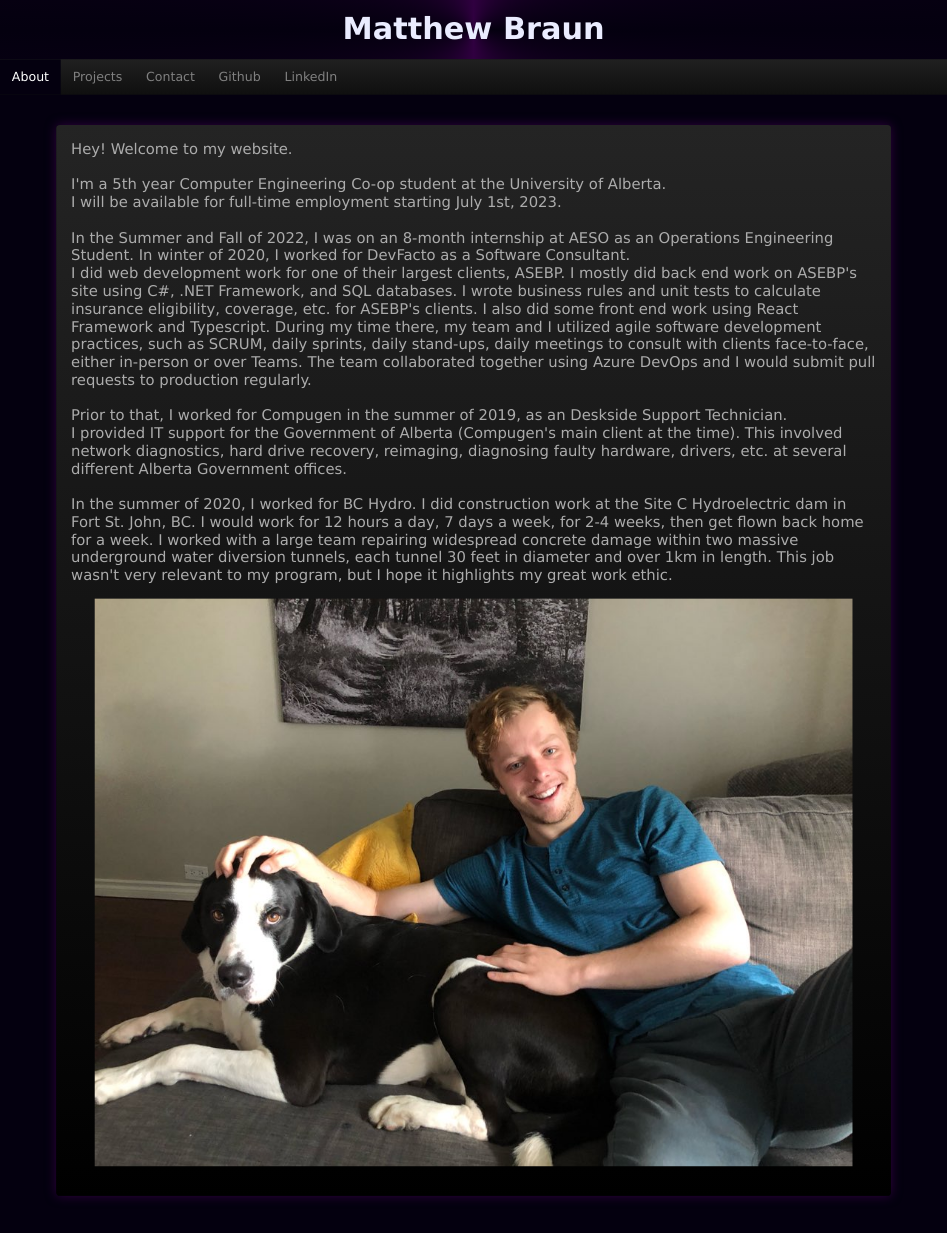
Repository: mjbraun95/MyPersonalWebsite
Page: http://localhost/
The author's editor kept a copy of each file at every save. The page is drawn from the files as they stood at one save, then again after the next save.
The browser window is 1280 px wide. The pictures show the whole page, at 74% of full size.
The page is run by PHP 8.4 with error messages shown; the project is at /var/www/html/.

Above is the page before, as saved 2023-06-24 15:59:51.

### html/index.php
<?php $title = 'About'; ?>
<?php $currentPage = 'About'; ?>

<?php include('head.php'); ?>
<div class="nav-wrapper">
    <?php include('navbar.php'); ?>
</div>
<meta name="viewport" content="width=device-width, initial-scale=1.0">

<style>
    .responsive {
        max-width: 100%;
        height: auto;
        object-fit: scale-down;
        margin: auto;
    }
</style>

<div class="content">
    <p class="fullBox">
        Hey! Welcome to my website. <br><br>

        I'm a 5th year Computer Engineering Co-op student at the University of Alberta. <br>
        I will be available for full-time employment starting July 1st, 2023. <br><br>

        In the Summer and Fall of 2022, I was on an 8-month internship at AESO as an Operations Engineering Student.

        <!-- Last summer, I worked as a developer for a concrete & asphalt repair business. <br>
        I developed and hosted a website for the company as well as created SQL databases to manage their assets, clients, and contracts. I also wrote some Python programs to parse this data and found ways to save costs and increase the company's profits. <br><br> -->

        In winter of 2020, I worked for DevFacto as a Software Consultant.<br>
        I did web development work for one of their largest clients, ASEBP. I mostly did back end work on ASEBP's site using C#, .NET Framework, and SQL databases. I wrote business rules and unit tests to calculate insurance eligibility, coverage, etc. for ASEBP's clients. I also did some front end work using React Framework and Typescript. During my time there, my team and I utilized agile software development practices, such as SCRUM, daily sprints, daily stand-ups, daily meetings to consult with clients face-to-face, either in-person or over Teams. The team collaborated together using Azure DevOps and I would submit pull requests to production regularly. <br><br>

        Prior to that, I worked for Compugen in the summer of 2019, as an Deskside Support Technician. <br>
        I provided IT support for the Government of Alberta (Compugen's main client at the time). This involved network diagnostics, hard drive recovery, reimaging, diagnosing faulty hardware, drivers, etc. at several different Alberta Government offices. <br><br>

        In the summer of 2020, I worked for BC Hydro. I did construction work at the Site C Hydroelectric dam in Fort St. John, BC. I would work for 12 hours a day, 7 days a week, for 2-4 weeks, then get flown back home for a week. I worked with a large team repairing widespread concrete damage within two massive underground water diversion tunnels, each tunnel 30 feet in diameter and over 1km in length. This job wasn't very relevant to my program, but I hope it highlights my great work ethic.

    </p>
    <div class="fullBox">
        <img src="images/Doggo.png" class="responsive">
    </div>
</div>
</body>
</html>

### html/head.php
<!DOCTYPE html>
<html>
    <meta name="viewport" content="width=device-width, initial-scaled=1.0">
    <meta name="theme-color" content="#a01040">
    <head>
        <title><?php echo($title); ?></title>
        <link rel="stylesheet" href="index.css">
        <div class="header">
            <h1 class="header">Matthew Braun</h1>
        </div>
</header>

### html/navbar.php
<header>
    <div id="navbar">
        <a href="index.php" <?php if ($currentPage === 'About') {echo 'class="active"';} ?>>About</a></li>
        <a href="projects.php" <?php if ($currentPage === 'Projects') {echo 'class="active"';} ?>>Projects</a></li>
        <!-- <a href="pdfs/resume.pdf" target="_blank" <?php if ($currentPage === 'Resume') {echo 'class="active"';} ?>>Resume</a></li> -->
        <a href="contact.php" <?php if ($currentPage === 'Contact') {echo 'class="active"';} ?>>Contact</a></li>
        <a href="https://github.com/mjbraun95/" target="_blank" <?php if ($currentPage === 'Github') {echo 'class="active"';} ?>>Github</a></li>
        <a href="https://www.linkedin.com/in/matthewbraun4/" target="_blank" <?php if ($currentPage === 'LinkedIn') {echo 'class="active"';} ?>>LinkedIn</a></li>
    </div>
    <script src="navbar.js"></script>
</header>
<body>
    <!-- <div class="titlehead"><h2><?php echo($title); ?></h2></div> -->

### html/index.css
/* @media screen and (min-width: 1920px) {
    p {
        font-size: 20px;
    }
    a {
        font-size: 20px;
    }
} */
a {
    font-size: 20px;
}
/* navbar height 49px */
@media screen and (min-width: 574px) {
    div.nav-wrapper {
        height: 89px;
    }
}
@media screen and (min-width: 292px) and (max-width: 573px) {
    div.nav-wrapper {
        height: 138px;
    }
}
@media screen and (max-width: 291px) {
    div.nav-wrapper {
        height: 187px;
    }
}


body {
    margin: 0;
    font-family: Verdana,Geneva,sans-serif;
    vertical-align: center;
    background: rgb(4, 0, 15);
    padding-bottom: 50px;
}

.video-size
{
  width: 100%;
  height: 400px;
}

img {
    display: block;
    width: 60%;
    margin-left: auto;
    margin-right: auto;
}

.leftBox{
    margin-right: 20px;
    grid-column-start: 1;
    grid-column-end: 2;
    grid-row-start: 1;
    grid-row-end: 2;
}

.rightBox{
    grid-column-start: 2;
    grid-column-end: 3;
    grid-row-start: 1;
    grid-row-end: 2;
}

.vid{
    max-width: 100%;
    height: auto;
    object-fit: scale-down;
    /* object-fit: contain;
    margin: auto; */
}

.responsiveVid {
    max-width: 70%;
    height: auto;
    object-fit: scale-down;
}

.responsiveIcon {
    max-width: 1.5vw !important;
    height: auto !important;
    object-fit: scale-down;
    float: left;
    font-size: 36px;
    padding-right: 8px;
}

.header {
    color: rgb(234, 236, 255);
    text-align: center;
}

h1.header {
    margin:auto;
    font-size:41px;
}

h3.header{
    /*align-self:start;*/
    width:85%;
    height:auto;
    font-size: 35px;
    /* font-size: 2.5vw; */
    margin: auto;
    /* grid-row:auto; */
    align-content:center;
    text-align:center;
    padding-top: 80px;
    /* font-size: 50px; */
}

div.header{
    /* background:url(
        data:[embedded picture, 326 characters]
    ) repeat; */
    padding: 15px;
    height: 50px;
    background-image: conic-gradient(#300040,rgb(4, 0, 15),#300040,rgb(4, 0, 15),#300040);
 }


/* navbar links */
#navbar {
    overflow: hidden;
    background-image: linear-gradient(rgb(32, 32, 32),rgb(15, 15, 15));
}

#navbar a {
    float: left;
    display: block;
    color: grey;
    text-align: center;
    padding: 14px 16px;
    text-decoration: none;
    font-size: 17px;

    -o-transition: .5s;
    -ms-transition: .5s;
    -moz-transition: .5s;
    -webkit-transition: .5s;

    transition: .5s;
}

#navbar a:hover {
    background-color: rgb(4, 0, 15);
    color: white;
}

#navbar a.active {
    background-color: rgb(4, 0, 15);
    color: white;
}

/* page content */
div.content {
    padding: 20px;
    width: 85%;
    /* background-color: rgb(44, 44, 44); */
    background-image: linear-gradient(rgb(36, 36, 36),rgb(0, 0, 0));
    align-content: center;
    margin: auto;
    border-radius: 5px;
    box-shadow: 0px 0px 15px #300040
}

div.content1 {
    max-width: 1000px;
    padding: 20px;
    /* font-size: 2vw; */
    width: 80%;
    background-image: linear-gradient(to left,rgb(36, 36, 36),rgb(0, 0, 0));
    border: 3px 3px 12px;
    align-content: center;
    margin: auto;
    border-radius: 5px;
    box-shadow: 2px 2px 10px #300040;
    display: grid;
    grid-template-columns: 60% 40%;
    grid-template-rows: 100%;
    height: auto;
}
div.content1a {
    max-width: 1000px;
    padding: 20px;
    /* font-size: 2vw; */
    width: 80%;
    background-image: linear-gradient(to left,rgb(36, 36, 36),rgb(0, 0, 0));
    border: 3px 3px 12px;
    align-content: center;
    margin: auto;
    border-radius: 5px;
    box-shadow: 2px 2px 10px #300040;
    display: grid;
    grid-template-columns: 75% 25%;
    grid-template-rows: 100%;
    height: auto;
}
div.content2 {
    max-width: 1000px;
    padding: 20px;
    /* font-size: 2vw; */
    width: 80%;
    background-image: linear-gradient(to right,rgb(36, 36, 36),rgb(0, 0, 0));
    border: 3px 3px 12px;
    align-content: center;
    margin: auto;
    border-radius: 5px;
    box-shadow: 2px 2px 10px #300040;
    display: grid;
    grid-template-columns: 40% 60%;
    grid-template-rows: 100%;
    height: auto;
}

/* @media screen and (min-width: 220px) {
    .content2 {
    font-size: 12px;
} */

.half {
    left: 0%;
}

.sticky {
    position: fixed;
    top: 0;
    width: 100%;
}

.sticky + .content + body {
    padding-top: 60px;
}

.titlehead {
    padding: 16px;
    margin: auto;
    width: 90%;
    max-width: 1000px;
}


p {
    color:  rgb(172, 172, 172);
    /* padding: 10px; */
    font-size: 20px;
    width: 95%;
    align-content: center;
    margin: auto;
}


.rotate {
    -ms-transform: rotate(90deg); /* IE 9 */
    -webkit-transform: rotate(90deg); /* Chrome, Safari, Opera */
    transform: rotate(90deg);
    margin-top: 88px;
}

/* Three image containers (use 25% for four, and 50% for two, etc) */
.column {
    float: left;
    width: 50%;
    padding: 5px;
}

  /* Clear floats after image containers */
.row::after {
    content: "";
    clear: both;
    display: table;
}

/* Split the screen in half */
.split {
    height: 100%;
    width: 100%;
    position: fixed;
    z-index: 1;
    top: 0;
    overflow-x: hidden;
    padding-top: 20px;
}

/* Control the left side */
.left {
    left: 0;
}

  /* Control the right side */
.right {
    right: 0;
}

  /* If you want the content centered horizontally and vertically */
.centered {
    position: relative;
    top: 50%;
    left: 50%;
    transform: translate(-50%, -50%);
    text-align: center;
}

.fullBox{
    padding-bottom: 20px;
    width:100%;
    height:auto;
    margin: 0 auto;
    /* grid-row:auto; */
    align-content:center;
    /* float:left; */
}

.responsive {
    max-width: 100%;
    height: auto;
    object-fit: scale-down;
    margin: auto;
    max-height: 100%;
    width: auto;
}

### html/navbar.js
// ### Sticky code ###

// Execute myFunction whenever page is scrolled
window.onscroll = function() {myFunction()};

// get nav
var navbar = document.getElementById("navbar");

// get offset position
var sticky = navbar.offsetTop;

// add sticky class whenever you reach the bar scroll position

function myFunction() {
    if (window.pageYOffset >= sticky) {
        navbar.classList.add("sticky");
    } else {
        navbar.classList.remove("sticky");
    }

}

After the next save:
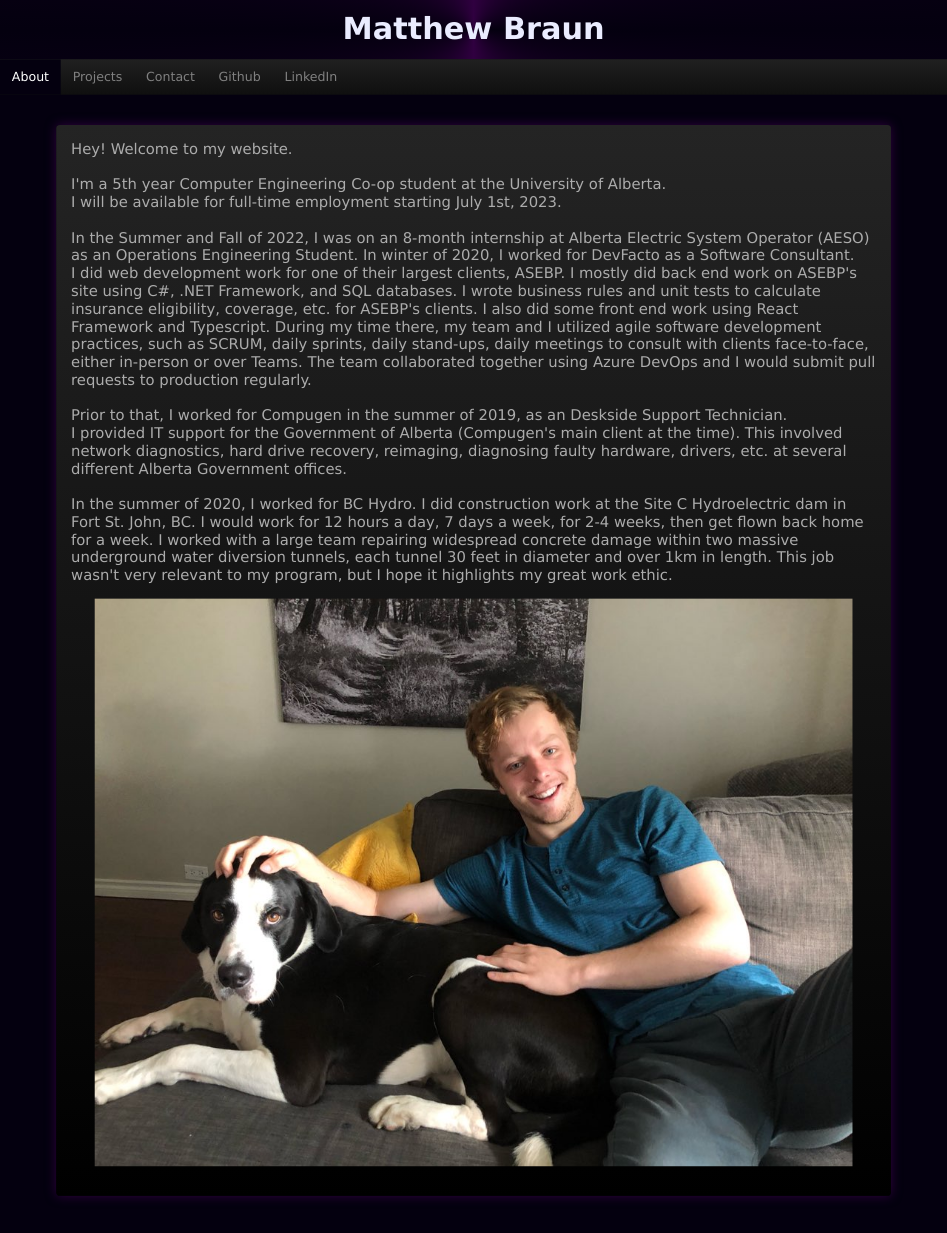
Saved 17 s later.
--- a/html/index.php
+++ b/html/index.php
@@ -23,7 +23,7 @@
         I'm a 5th year Computer Engineering Co-op student at the University of Alberta. <br>
         I will be available for full-time employment starting July 1st, 2023. <br><br>
 
-        In the Summer and Fall of 2022, I was on an 8-month internship at AESO as an Operations Engineering Student.
+        In the Summer and Fall of 2022, I was on an 8-month internship at Alberta Electric System Operator (AESO) as an Operations Engineering Student.
 
         <!-- Last summer, I worked as a developer for a concrete & asphalt repair business. <br>
         I developed and hosted a website for the company as well as created SQL databases to manage their assets, clients, and contracts. I also wrote some Python programs to parse this data and found ways to save costs and increase the company's profits. <br><br> -->
